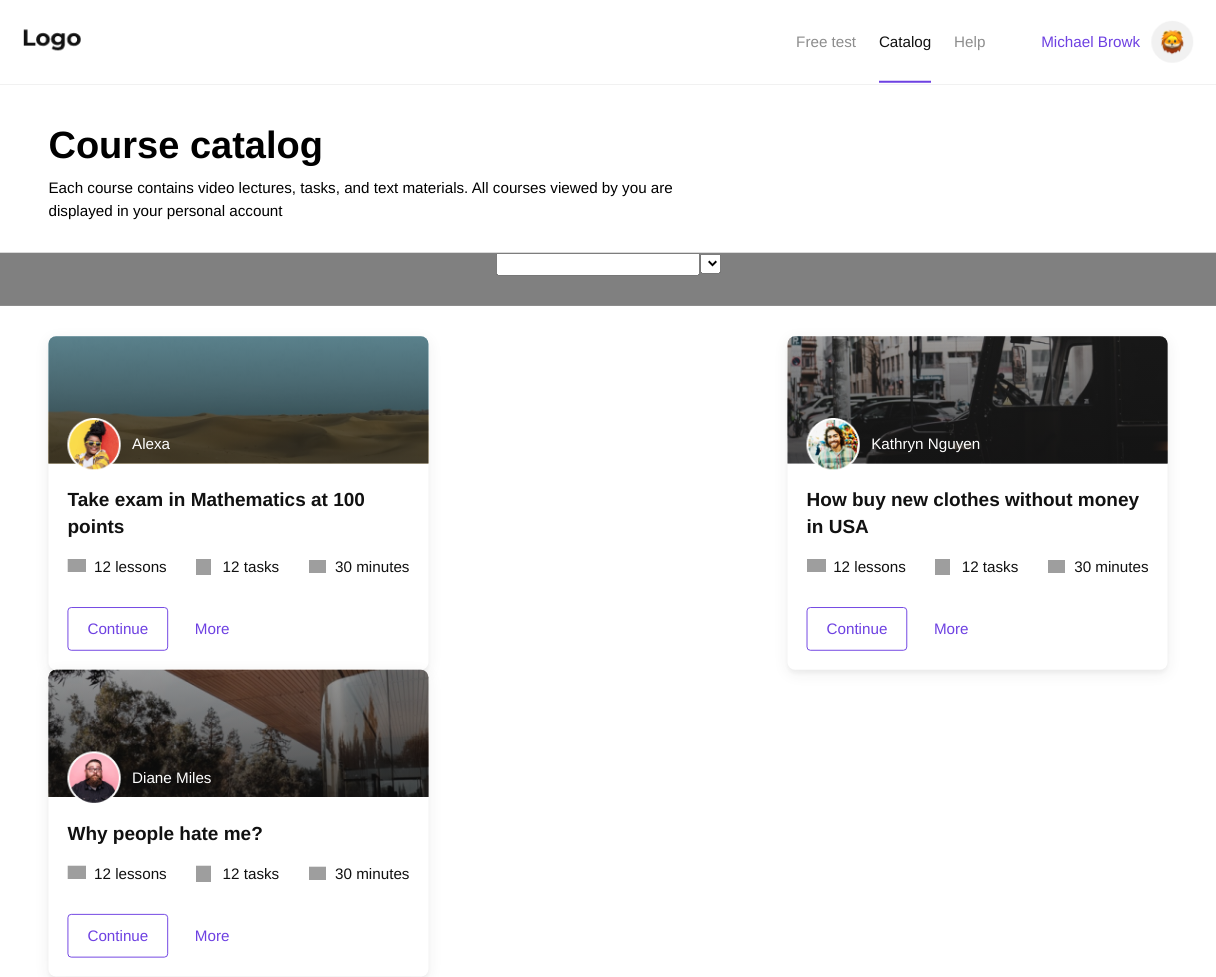
Repository: skydevil1604/vue-test-app
Page: /#/main-page
These files come from the project's save history. The page is drawn as it stood at one moment and after the next save; the edit follows.
The browser window is 1280 px wide. The pictures show the whole page, at 95% of full size.
Pictures or frames that could not be fetched are drawn as grey boxes. The project was rebuilt for these pictures with package versions that can differ from the ones it lists, and the page was loaded fresh each time. Also part of the build but not shown: src/components/Tabs.vue, src/components/Tab.vue, src/components/Login.vue, src/components/Registration.vue, src/components/AuthenticationForm.vue.

Above is the page before, as saved 2020-04-07 01:00:10.

After the next save:
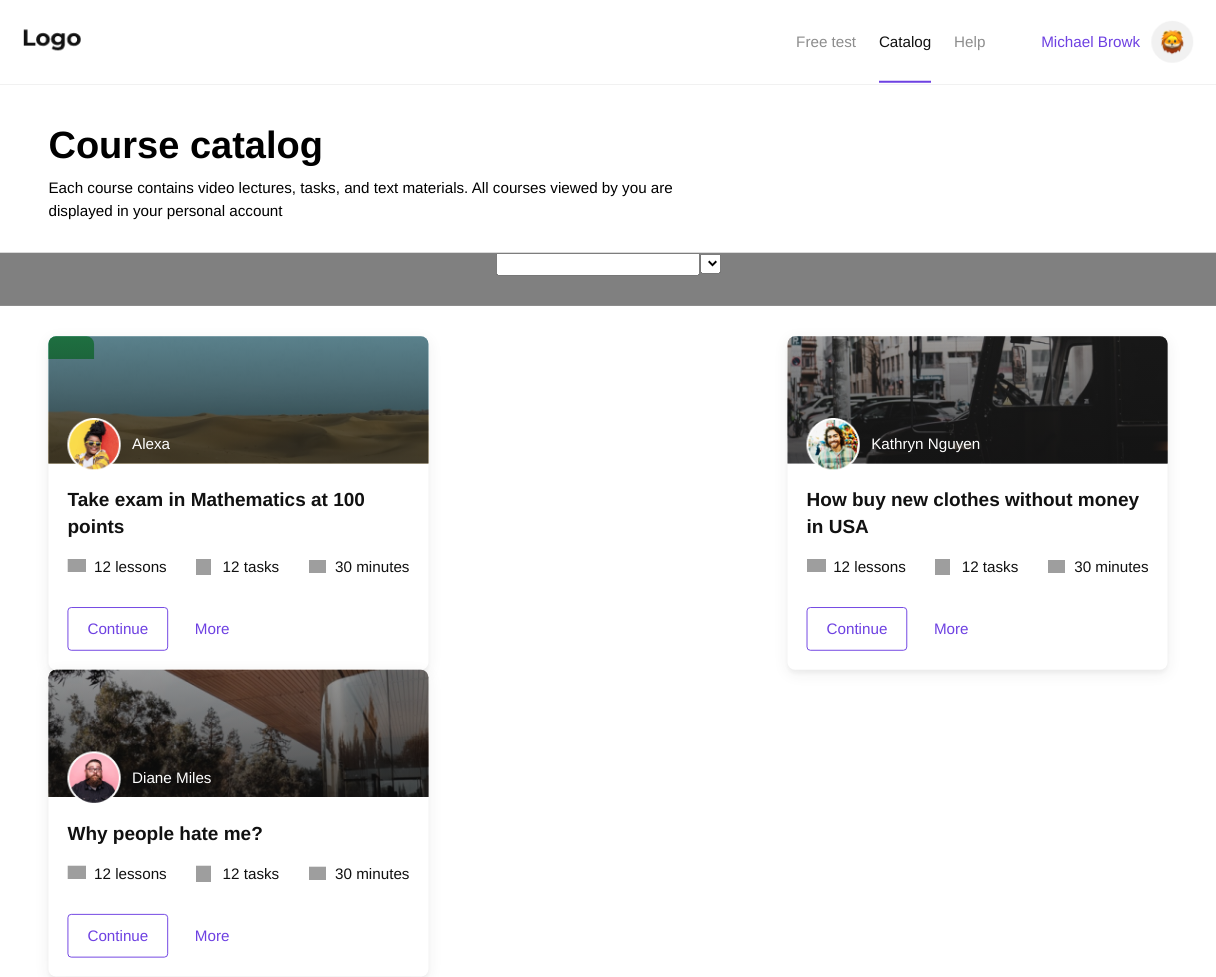
Saved 16 min 34 s later.
--- a/src/components/MainPage.vue
+++ b/src/components/MainPage.vue
@@ -38,6 +38,9 @@
         <section class="main-content">
             <div class="post">
                 <div class="post__header post__header--first-post">
+                    <div class="post__progress-bar">
+                        <span class="post__progress-bar-fill" style="width: 12%"></span>
+                    </div>
                     <div class="post__author-photo">
                         <img src="../assets/ava1.png" alt="">
                         <span class="post__author-name">Alexa</span>
@@ -257,6 +260,24 @@ export default {
                         border-top-right-radius: 8px;
                         border-top-left-radius: 8px;
                     }
+            }
+
+            &__progress-bar {
+                width: 100%;
+	            background-color: transparent;
+	            border-top-right-radius: 8px;
+                border-top-left-radius: 8px;
+            }
+
+            &__progress-bar-fill {
+                position: absolute;
+                top: 0;
+                left: 0;
+                display: block;
+	            height: 24px;
+	            background-color: #27AE60;
+	            border-top-right-radius: 8px;
+                border-top-left-radius: 8px;
             }
 
             &__author-photo {
